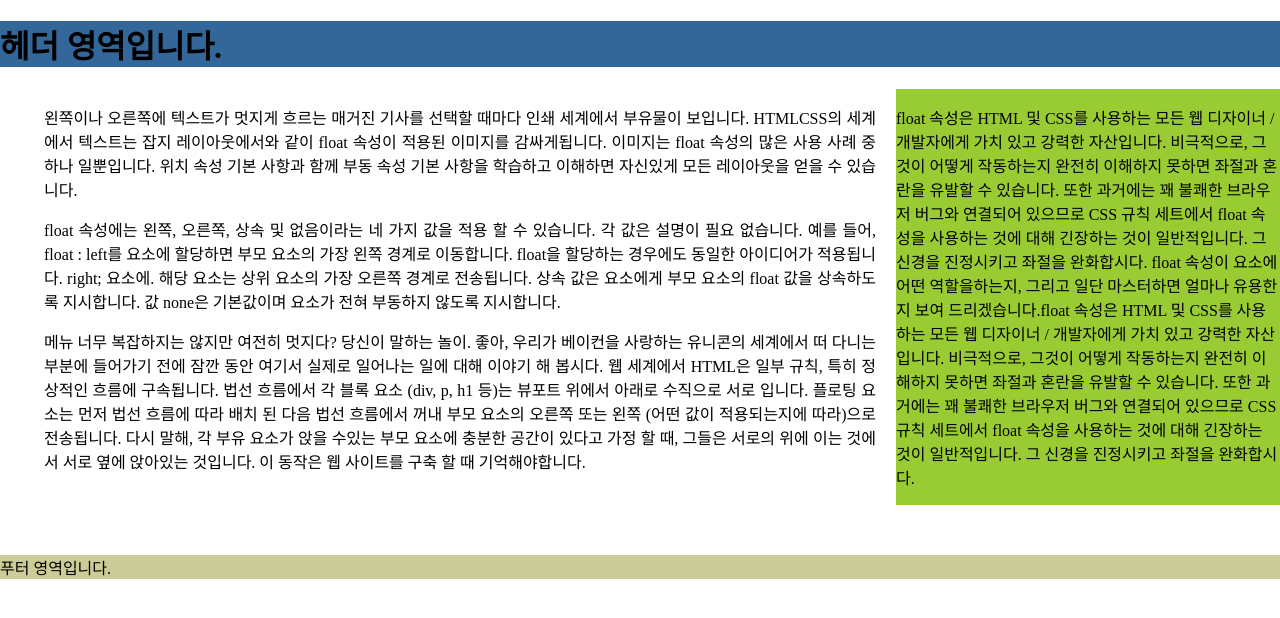
Repository: wishinghyun/multicampus
Page: webwork/clientweb/WebContent/css/layout_exam02.html
The author's editor kept a copy of each file at every save. The page is drawn from the files as they stood at one save, then again after the next save.
The browser window is 1280 px wide. The pictures show the whole page.

Above is the page before, as saved 2020-01-06 02:55:46.

After the next save:
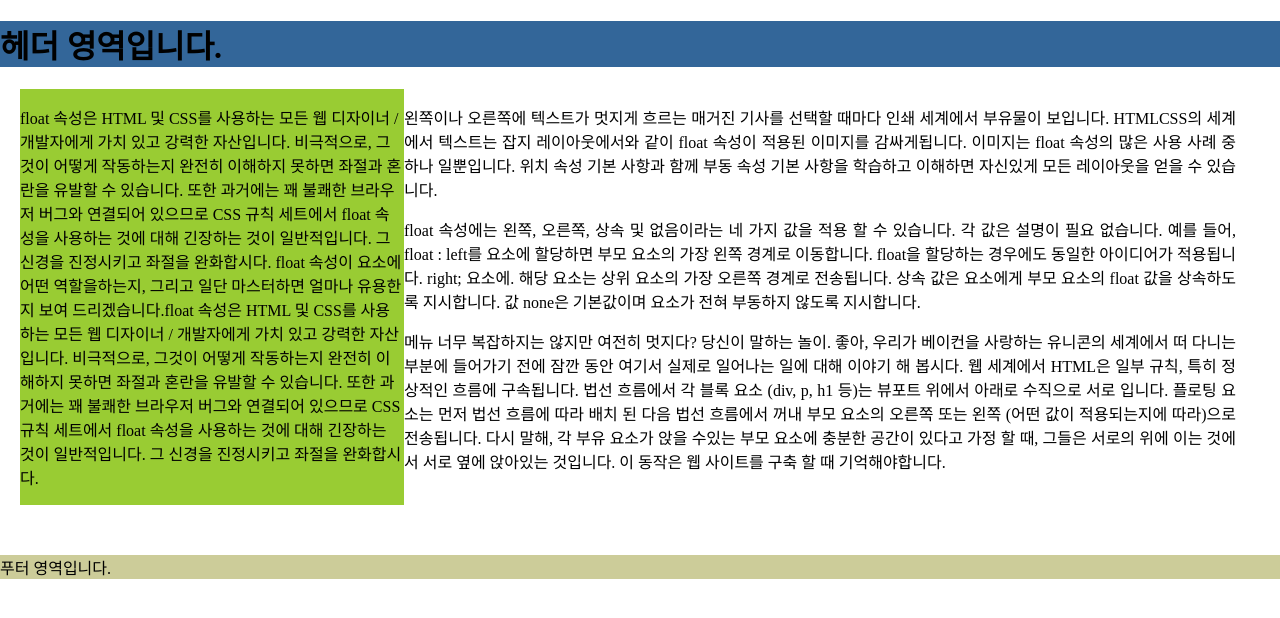
Saved 32 s later.
--- a/webwork/clientweb/WebContent/css/layout_exam02.html
+++ b/webwork/clientweb/WebContent/css/layout_exam02.html
@@ -13,14 +13,14 @@
 		#main{
 			margin-left: 20px;
 			margin-bottom: 50px;
-			float: right;
+			float: left;
 			background-color: #99cc33;
 			width: 30%;
 		}
 		#content{
 			width: 65%;
 			text-align: justify;
-			float: right;
+			float: left;
 		}
 		#footer{
 			background-color: #cccc99;
